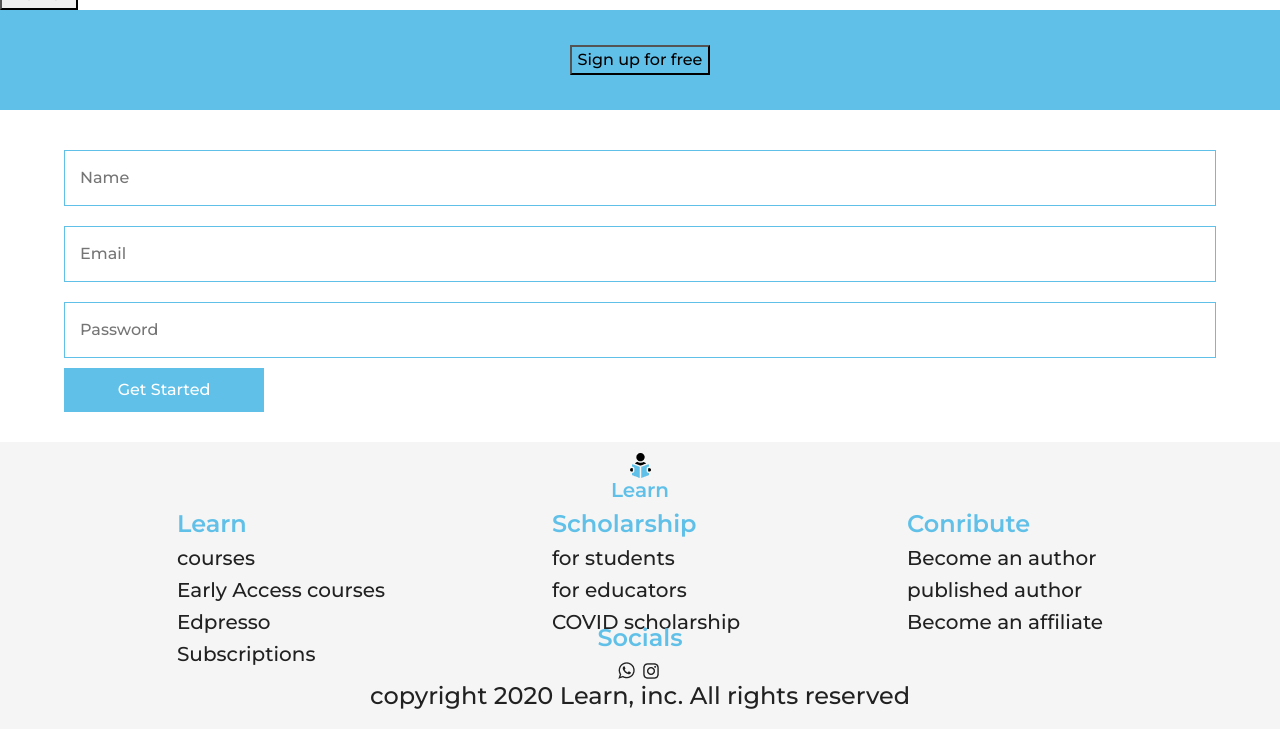
Repository: TiaraOluwanimi/team5
Page: tutor.html
The author's editor kept a copy of each file at every save. The page is drawn from the files as they stood at one save, then again after the next save.
The browser window is 1280 px wide. The pictures show the part of the page from y = 2365 to 3094 px (the page is 3094 px tall).
A picture or video elsewhere on the page could not be fetched, so the positions and the page height are approximate. Some web libraries are served in a nearby version.

Above is the page before, as saved 2020-08-08 11:40:30.

After the next save:
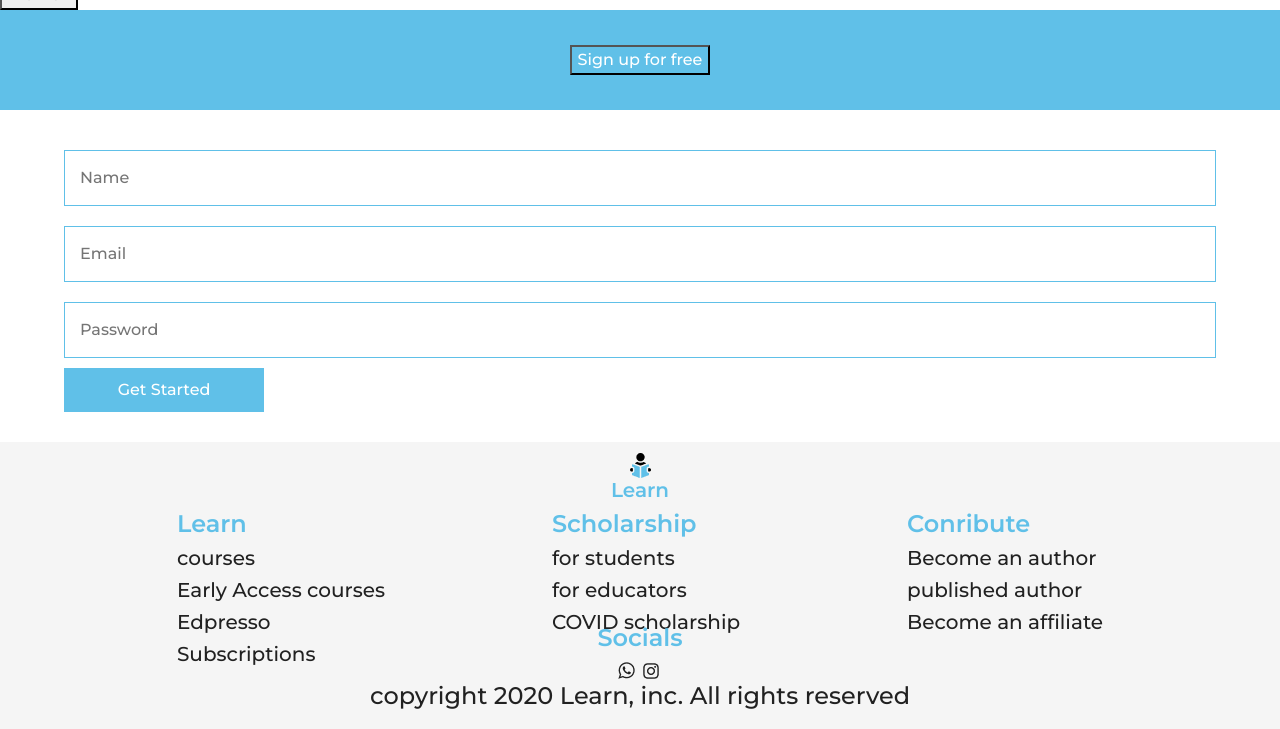
Saved 4 s later.
--- a/assets/css/testimonial.css
+++ b/assets/css/testimonial.css
@@ -46,7 +46,8 @@
 }
 #sign-button button{
     background:#60C0E8;
-    color:
+    color:#fff;
+
 }
 form{
     box-sizing: border-box;
